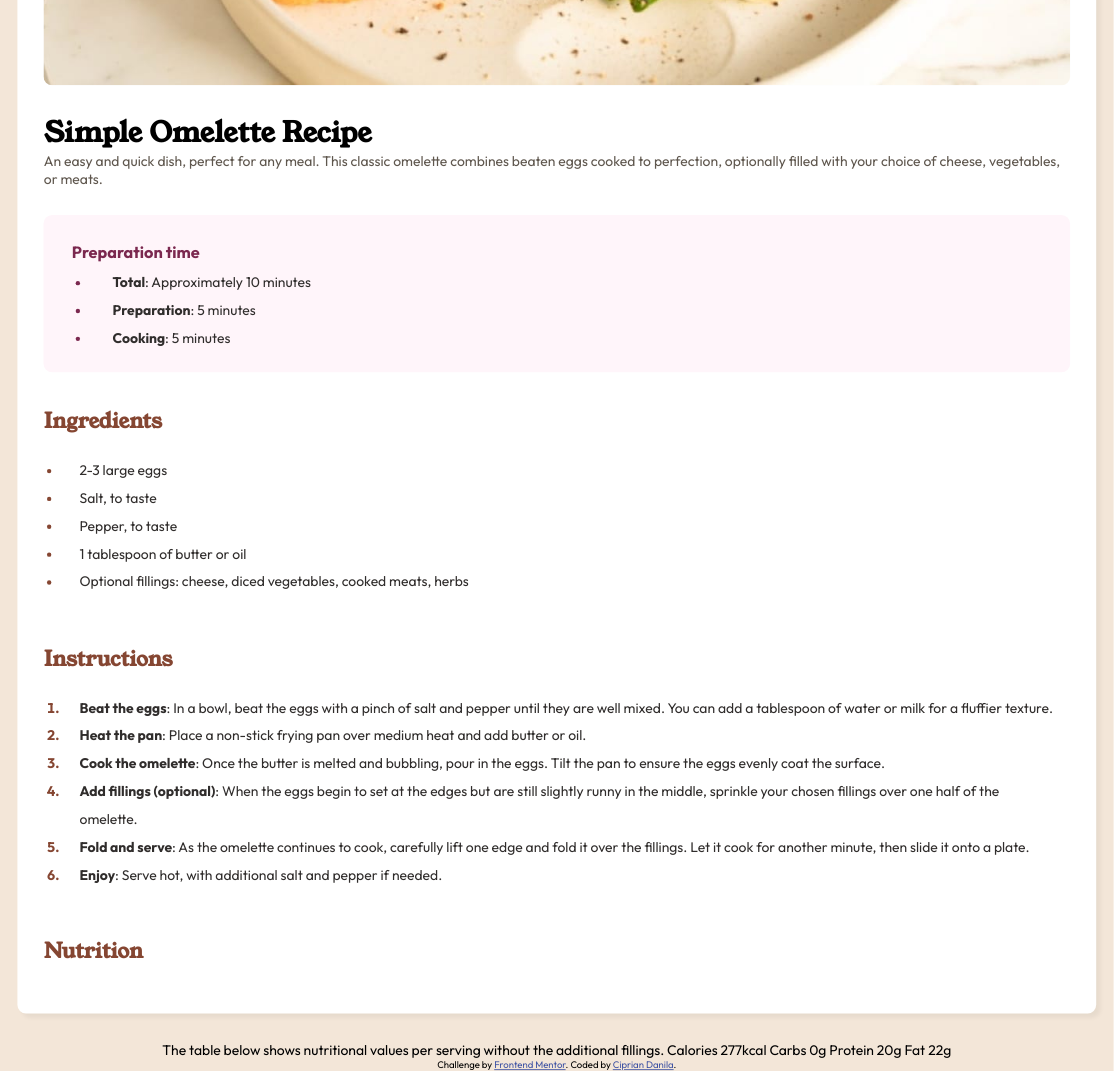
Repository: cipdanila/recipe-page
Page: index.html
The author's editor kept a copy of each file at every save. The page is drawn from the files as they stood at one save, then again after the next save.
The browser window is 1280 px wide. The pictures show the whole page, at 87% of full size.

Above is the page before, as saved 2024-01-21 20:23:19.

### index.html
<!DOCTYPE html>
<html lang="en">
    <head>
        <meta charset="UTF-8" />
        <meta name="viewport" content="width=device-width, initial-scale=1.0" />
        <!-- displays site properly based on user's device -->

        <link rel="icon" type="image/png" sizes="32x32" href="./assets/images/favicon-32x32.png" />
        <link rel="stylesheet" href="styles.css" />

        <title>Frontend Mentor | Recipe page</title>
    </head>
    <body>
        <main>
            <div class="container">
                <img src="./assets/images//image-omelette.jpeg" alt="image-omlette" />
                <div class="intro-section">
                    <h1>Simple Omelette Recipe</h1>
                    <p>
                        An easy and quick dish, perfect for any meal. This classic omelette combines beaten eggs cooked to
                        perfection, optionally filled with your choice of cheese, vegetables, or meats.
                    </p>
                </div>
                <div class="prep-container">
                    <h3>Preparation time</h3>
                    <ul>
                        <li><span>Total</span>: Approximately 10 minutes</li>
                        <li><span>Preparation</span>: 5 minutes</li>
                        <li><span>Cooking</span>: 5 minutes</li>
                    </ul>
                </div>
                <div class="ingredients-container">
                    <h2>Ingredients</h2>
                    <ul>
                        <li>2-3 large eggs</li>
                        <li>Salt, to taste</li>
                        <li>Pepper, to taste</li>
                        <li>1 tablespoon of butter or oil</li>
                        <li>Optional fillings: cheese, diced vegetables, cooked meats, herbs</li>
                    </ul>
                </div>
                <hr />
                <div class="instructions-container">
                    <h2>Instructions</h2>
                    <ol>
                        <li>
                            <strong>Beat the eggs</strong>: In a bowl, beat the eggs with a pinch of salt and pepper until they
                            are well mixed. You can add a tablespoon of water or milk for a fluffier texture.
                        </li>
                        <li>
                            <strong>Heat the pan</strong>: Place a non-stick frying pan over medium heat and add butter or oil.
                        </li>
                        <li>
                            <strong>Cook the omelette</strong>: Once the butter is melted and bubbling, pour in the eggs. Tilt the
                            pan to ensure the eggs evenly coat the surface.
                        </li>
                        <li>
                            <strong>Add fillings (optional)</strong>: When the eggs begin to set at the edges but are still
                            slightly runny in the middle, sprinkle your chosen fillings over one half of the omelette.
                        </li>
                        <li>
                            <strong>Fold and serve</strong>: As the omelette continues to cook, carefully lift one edge and fold
                            it over the fillings. Let it cook for another minute, then slide it onto a plate.
                        </li>
                        <li><strong>Enjoy</strong>: Serve hot, with additional salt and pepper if needed.</li>
                    </ol>
                </div>
                <div class="instructions-container">
                    <h2>Nutrition</h2>
                    <p>

                    </p>
                </div>
                <hr />
            </div>
        </main>

        The table below shows nutritional values per serving without the additional fillings. Calories 277kcal Carbs 0g Protein
        20g Fat 22g
        <footer>
            <div class="attribution">
                Challenge by
                <a href="https://www.frontendmentor.io?ref=challenge" target="_blank" rel="noopener">Frontend Mentor</a>. Coded by
                <a href="https://github.com/cipdanila" target="_blank" rel="noopener noreferrer">Ciprian Danila</a>.
            </div>
        </footer>
    </body>
</html>

### styles.css
@import url("https://fonts.googleapis.com/css2?family=Outfit:wght@400;600;700&family=Young+Serif&display=swap");

* {
    margin: 0;
    padding: 0;
    box-sizing: border-box;
}

:root {
    /* Primary Colors */
    --nutmeg: hsl(14, 45%, 36%);            /* h2 */
    --dark-raspberry: hsl(332, 51%, 32%);   /* h3 */
    /* Neutral Colors */
    --white: hsl(0, 0%, 100%);              /* main container */
    --rose-white: hsl(330, 100%, 98%);      /* second container */
    --eggshell: hsl(30, 54%, 90%);          /* body */
    --light-grey: hsl(30, 18%, 87%);        /* shadow */
    --wenge-brown: hsl(30, 10%, 34%);       /* regular font */
    --dark-charcoal: hsl(24, 5%, 18%);      /* bold font */
    /* Fonts */
    --font-heads: 'Young Serif', sans-serif;
    --font-body: 'Outfit', sans-serif;
}

body {
    font-family: var(--font-body);
    font-size: 16px;
    background-color: var(--eggshell);
    display: flex;
    flex-direction: column;
    align-items: center;
    justify-content: center;
    height: calc(100vh - 1px);
    margin: 1.25rem;
}

img {
    max-width: 100%;
}

h1, h2 {
    font-family: var(--font-heads);
}

h2 {
    color: var(--nutmeg);
}

h3 {
    font-family: var(--font-body);
    color: var(--dark-raspberry);
}

p {
    color: var(--wenge-brown);
}

.container {
    background-color: var(--white);
    padding: 1.90rem;
    border-radius: 0.625rem;
    box-shadow: 5px 5px 5px rgba(0, 0, 0, 0.05);
    display: flex;
    flex-direction: column;
    align-items: center;
    margin-bottom: 2rem;
}

.container img {
    border-radius: 0.625rem;
    margin-bottom: 1rem;
}

.intro-section {
    display: flex;
    flex-direction: column;
    align-items: flex-start;
    width: 100%;
    margin: 1rem;
}

.prep-container {
    width: 100%;
    display: flex;
    flex-direction: column;
    align-items: flex-start;
    background-color: var(--rose-white);
    border-radius: 0.625rem;
    margin: 1rem auto 1rem;
    padding: 1.5rem 2rem;
    line-height: 2;
}

.prep-container ul {
    list-style-position: inside;
    padding-left: 5px;
}

.prep-container ul li::marker {
    color: var(--dark-raspberry);
}

.prep-container ul li {
    color: var(--dark-charcoal);
}

.prep-container ul li span {
    font-weight: 700;
    color: var(--dark-charcoal);
    margin-left: 1.25rem;
}

.ingredients-container {
    width: 100%;
    display: flex;
    flex-direction: column;
    align-items: flex-start;
    border-radius: 0.625rem;
    margin: 1rem auto 1rem;
    line-height: 2;
}

.ingredients-container ul {
    padding-left: 5px;
    margin: 1rem;
}

.ingredients-container ul li::marker {
    color: var(--nutmeg);
}

.ingredients-container ul li {
    color: var(--dark-charcoal);
    padding-left: 20px;
}

.ingredients-container ul li span {
    font-weight: 700;
    color: var(--dark-charcoal);
    margin-left: 1.5rem;
}

.instructions-container {
    width: 100%;
    display: flex;
    flex-direction: column;
    align-items: flex-start;
    border-radius: 0.625rem;
    margin: 1rem auto 1rem;
    line-height: 2;
}

.instructions-container ol {
    padding-left: 5px;
    margin: 1rem;
}

.instructions-container ol li::marker {
    color: var(--nutmeg);
    font-weight: bold;
}

.instructions-container ol li {
    color: var(--dark-charcoal);
    padding-left: 20px;
}

.instructions-container ol li span {
    font-weight: 700;
    color: var(--dark-charcoal);
    margin-left: 1.5rem;
}

.container hr {
    align-self: center;
    height: 1px;
    background: var(--light-grey);
    border: medium;
}

.attribution {
    font-size: 11px;
    text-align: center;
}

.attribution a {
    color: hsl(228, 45%, 44%);
}

@media (min-width: 375px) {
/**/
}

After the next save:
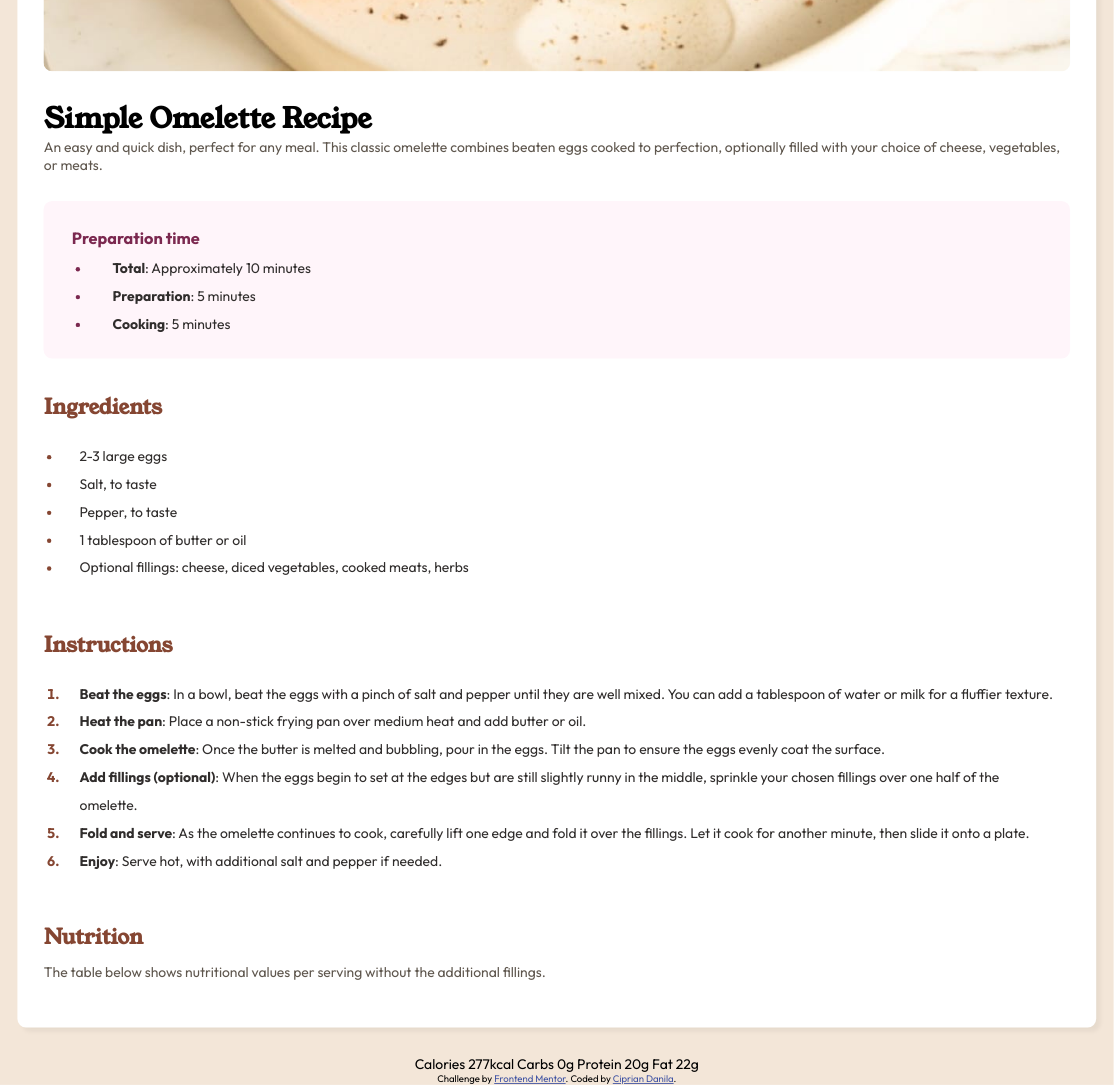
Saved 20 s later.
--- a/index.html
+++ b/index.html
@@ -67,16 +67,14 @@
                 </div>
                 <div class="instructions-container">
                     <h2>Nutrition</h2>
-                    <p>
-
-                    </p>
+                    <p>The table below shows nutritional values per serving without the additional fillings.</p>
+                    <table></table>
                 </div>
                 <hr />
             </div>
         </main>
 
-        The table below shows nutritional values per serving without the additional fillings. Calories 277kcal Carbs 0g Protein
-        20g Fat 22g
+        Calories 277kcal Carbs 0g Protein 20g Fat 22g
         <footer>
             <div class="attribution">
                 Challenge by
